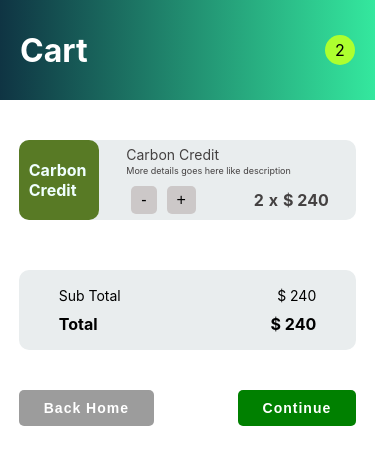
Repository: Yowani24/CarbonApp
Page: /cart
An editor plug-in stored every save of this project. The page is shown before and after the next save, followed by the edit.
The browser window is 375 px wide. The pictures show the whole page.
The project was rebuilt for these pictures with package versions that can differ from the ones it lists, and the page was loaded fresh each time. The framework's server and built-in components were replaced by stand-ins that run in the browser. Also part of the build but not shown: next.config.js.

Above is the page before, as saved 2021-09-27 01:07:22.

### pages/_app.js
import '../styles/globals.css'
import Cart from './cart';

function MyApp({ Component, pageProps }) {
  return (
    <>
      <Component {...pageProps} />
    </>
  );
}

export default MyApp

### pages/cart/index.js
import React from 'react';
import Head from 'next/head'

import styles from './Cart.module.css'
import Link from 'next/link'

export default function Cart(props) {
    return (
        <>
          <Head>
              <title>Cart</title>
          </Head>
          <header>
              <div className={styles.interface}>
                    <div className={styles.header_content}>
                        <h1>Cart</h1>
                        <p>2</p>
                    </div>
              </div>
          </header>

          <section>
              <div className={styles.interface}>
                  <div className={styles.boxes}>
                      <div className={styles.content_box}>
                          <div className={styles.box}>
                              <h3>Carbon Credit</h3>
                          </div>

                          <div className={styles.product_details}>
                            <div className={styles.description}>
                                <p>Carbon Credit</p>
                                <p>More details goes here like description</p>
                            </div>

                            <div className={styles.details_wrapper}>
                                <div className={styles.quantity_controls}>
                                    <button>-</button>
                                    <button>+</button>
                                </div>

                                <div className={styles.current_money}>
                                    <p>2</p>
                                    <span>x</span>
                                    <p>$ 240</p>
                                </div>
                            </div>
                          </div>
                      </div>
                  </div>

                  <div className={styles.total_to_pay_box}>
                      <span>
                          <p>Sub Total</p>
                          <p>$ 240</p>
                      </span>
                      <span>
                          <p>Total</p>
                          <p>$ 240</p>
                      </span>
                  </div>

                  <div className={styles.button_box}>
                      <Link href="/"><button>Back Home</button></Link>
                      <Link href="/payment"><button>Continue</button></Link>
                  </div>
              </div>
          </section>
        </>
    )
}

### styles/globals.css
html,
body {
  padding: 0;
  margin: 0;
  font-family: -apple-system, BlinkMacSystemFont, Segoe UI, Roboto, Oxygen,
    Ubuntu, Cantarell, Fira Sans, Droid Sans, Helvetica Neue, sans-serif;
}

a {
  color: inherit;
  text-decoration: none;
}

* {
  margin: 0;
  box-sizing: border-box;
}

### pages/cart/Cart.module.css
.interface{
    width: 80%;
    margin: 0 auto;
}

@media (max-width: 780px){
    .interface{
        width: 100%;
    }
}

/* =================HEADER================ */

.header_content{
    display: flex;
    justify-content: space-between;
    align-items: center;
    height: 100px;
    padding: 0 20px;

    background: #34e89e;
    background: -webkit-linear-gradient(to right, #0f3443, #34e89e);
    background: linear-gradient(to right, #0f3443, #34e89e);
}
.header_content h1{
    color: #FFFFFF;
}
.header_content p{
    background: greenyellow;
    display: flex;
    justify-content: center;
    align-items:center;
    width: 30px;
    height: 30px;
    border-radius: 100%;
}

/* @media (max-width:415px){
    .header_content{
        width: 100%;
    }
} */

/* ============================== */
.boxes{
    margin-top: 40px;
}
.content_box{
    width: 100%;
    height: 120px;
    background:rgb(233, 237, 238);
    border-radius: 10px;

    display: flex;
    align-items:center;
}
.box{
    width: 120px;
    background: rgb(88, 122, 37);
    height: 100%;
    border-radius: 10px;

    display: flex;
    justify-content: center;
    align-items: center;
}
.box h3{
    font-size: 25px;
    width: 100px;
    color: azure;
}
.product_details{
    display: flex;
    justify-content: space-between;
    align-items: center;
    width: 80%;
    margin: 0 auto;
    color: hsl(0, 2%, 26%);
}
.description p:nth-child(2){
    margin-top: 5px;
    font-size: 14px;
}
.details_wrapper{
    width: 60%;

    display: flex;
    align-items: center;
    justify-content: space-between;
}
.quantity_controls button{
    border: none;
    padding: 5px 20px;
    margin: 0 5px;
    border-radius: 5px;
    font-size: 16px;
    background: rgb(204, 200, 200);
    cursor: pointer;
}
.quantity_controls button:active{
    background: rgb(148, 146, 146);
}
.current_money{
    display: flex;
    font-size: 16px;
    font-weight: bold;
}
.current_money span{
    padding: 0 20px;
}

@media (max-width: 780px){
    .content_box{
        height: 120px;
        width: 90%;
        margin: 0 auto;
    }
    .details_wrapper{
        width: 50%;
        margin: 0 auto;
        margin-top: 10px;
    }
}
@media (max-width: 415px){
    .content_box{
        height: 80px;
    }
    .box{
        width: 80px;
    }
    .box h3{
        font-size: 16px;
        width: 60px;
        color: azure;
    }

    .product_details{
        justify-content: center;
        flex-direction: column;
        width: 60%;
    }
    .description{
        width: 100%;
    }
    .description p:first-child{
        font-size: 14px;
    }
    .description p:nth-child(2){
        margin-top: 2px;
        font-size: 9px;
    }
    .details_wrapper{
        width: 100%;
        margin-top: 10px;
    }
    .quantity_controls button{
        padding: 5px 10px;
    }
    .current_money span{
        padding: 0 5px;
    }
}


/* ==================================== */

.total_to_pay_box{
    width: 100%;
    height: 100px;
    background:rgb(233, 237, 238);
    border-radius: 10px;

    display: flex;
    flex-direction: column;
    justify-content: center;
    margin-top: 50px;
    padding: 0 40px;
}

.total_to_pay_box span{
    display: flex;
    justify-content: space-between;
    margin: 10px 0;
}
.total_to_pay_box span:nth-child(2){
    font-weight: bold;
    font-size: 20px;
}

@media (max-width: 780px){
    .total_to_pay_box{
        height: 100px;
        width: 90%;
        margin: 0 auto;
        margin-top: 50px;
    }
}

@media (max-width: 460px){
    .total_to_pay_box{
        height: 80px;
    }
    .total_to_pay_box span{
        margin: 5px 0;
    }
    .total_to_pay_box span:first-child{
        font-size: 14px;
    }
    .total_to_pay_box span:nth-child(2){
        font-size: 16px;
    }
}



/* ===================================== */


.button_box{
    display: flex;
    justify-content: space-between;
    margin-top: 100px;
}
.button_box button:first-child{
    background: rgb(156, 156, 156);
}
.button_box button:first-child:hover{
    background: rgb(122, 120, 120);
}
.button_box button:first-child:active{
    background: rgb(187, 184, 184);
}
.button_box button{
    border: none;
    background: green;
    padding: 10px 40px;
    font-size: 16px;
    color: #FFFFFF;
    letter-spacing: 1px;
    border-radius: 5px;
    cursor: pointer;
    transition: .1s;
    font-weight: bold;
}
.button_box button:nth-child(2):hover{
    background: rgb(1, 92, 1);
}
.button_box button:nth-child(2):active{
    background: rgb(13, 131, 13);
}

@media (max-width: 780px){
    .button_box{
        width: 90%;
        margin: 0 auto;
        margin-top: 40px;
    }
    .button_box button{
        padding: 16px 50px;
        font-size: 16px;
    }
}

@media (max-width: 460px){
    .button_box button{
        padding: 10px 25px;
        font-size: 14px;
    }
}

After the next save:
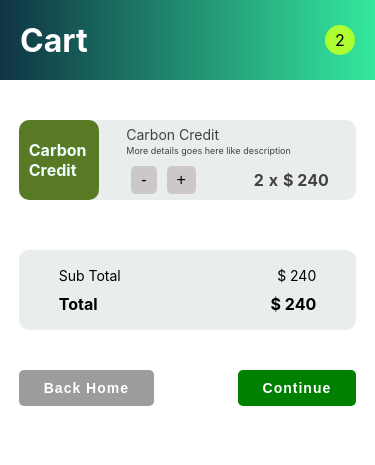
Saved 86 s later.
--- a/pages/cart/Cart.module.css
+++ b/pages/cart/Cart.module.css
@@ -35,11 +35,11 @@
     border-radius: 100%;
 }
 
-/* @media (max-width:415px){
+@media (max-width:415px){
     .header_content{
-        width: 100%;
-    }
-} */
+        height: 80px;
+    }
+}
 
 /* ============================== */
 .boxes{
